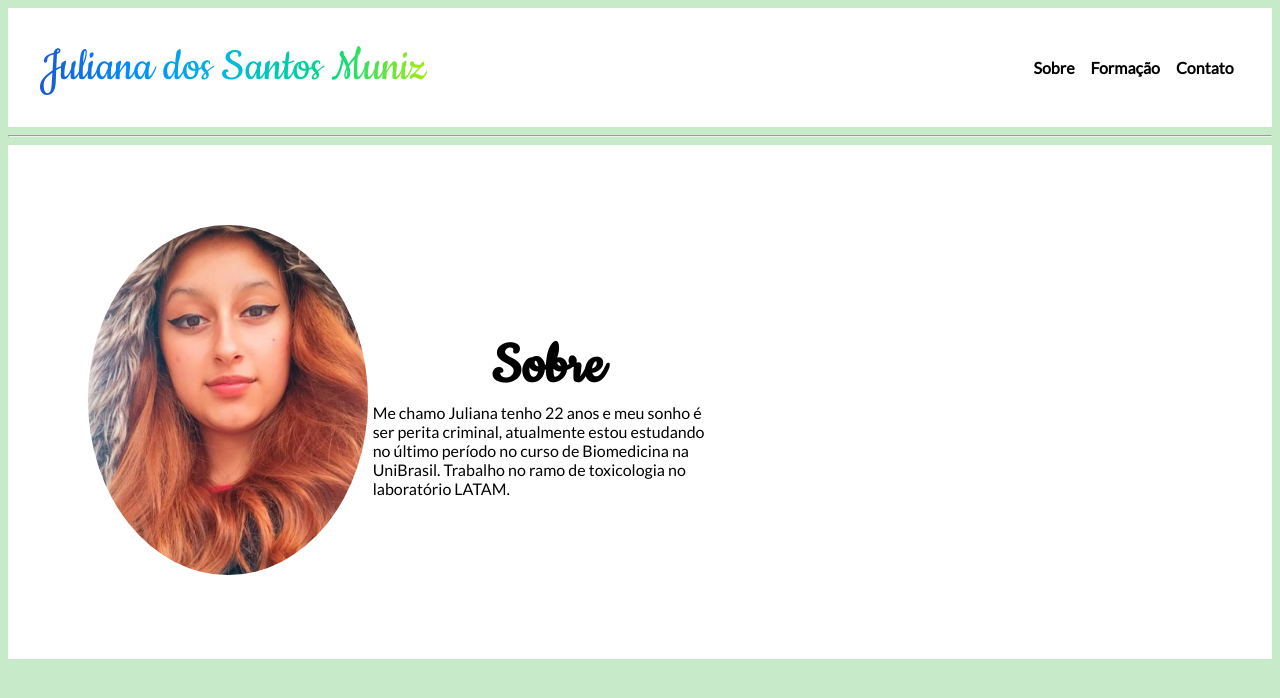
Repository: joaovnogueira/Portfolio-Juliana
Page: index.html
These files come from the project's save history. The page is drawn as it stood at one moment and after the next save; the edit follows.
The browser window is 1280 px wide. The pictures show the whole page.

Above is the page before, as saved 2022-06-14 16:16:26.

### index.html
<!DOCTYPE html>
<html lang="en">
<head>
    <link rel="stylesheet" href="styles.css">
    <meta charset="UTF-8">
    <meta http-equiv="X-UA-Compatible" content="IE=edge">
    <meta name="viewport" content="width=device-width, initial-scale=1.0">
    <title>Portfólio Juliana</title>
</head>
<body>
    <header>
        <nav>
            <div class="logo">Juliana dos Santos Muniz</div>
            <div class="menu">
                <a href="">Sobre</a>
                <a href="">Formação</a>
                <a href="">Contato</a>
            </div>
        </nav>
    </header>
    <hr>
    <main>
        <div class="perfil">
            <div class="foto">
                <img src="./assets/foto-perfil.png" alt="Foto de perfil" class="fotoperfil">
            </div>
            <div class="conteudo">
                <h1>Sobre</h1>
                <p>Me chamo Juliana tenho 22 anos e meu sonho é ser perita criminal,
                atualmente estou estudando no último período no curso de Biomedicina na UniBrasil.
                Trabalho no ramo de toxicologia no laboratório LATAM.</p>
            </div>
        </div>
    </main>
    <footer></footer>
</body>
</html>

### styles.css
@import url('https://fonts.googleapis.com/css2?family=Cookie&display=swap');
@import url('https://fonts.googleapis.com/css2?family=Lato&display=swap');

body{
    background-color: #C7EBC8;
}

header {
    background-color: #FFFFFF;
    padding: 2rem;
    align-items: center;
}

nav{
    display: flex;
    justify-content: space-between;
    align-items: center;
}

.logo{
    font-family: 'Cookie', cursive;
    font-size: 50px;
    background-clip: text;
    -webkit-background-clip: text;
    background-image: linear-gradient(to right, #1859d3, #0091fc, #00bbd9, #00da84, #a8eb12);
    color: transparent;
}

.menu{
    font-family: 'Lato', sans-serif;
    font-weight: bold;
}

a{
    text-decoration: none;
    color: black;
    margin: .4rem;
}

hr{
    background-color: #FFFFFF;
}



.perfil {
    background-color: #FFFFFF;
    display: flex;
    padding: 5rem;
    align-items: center;
}

.foto{
    align-items: center;
    margin-right: 5px;
}

.conteudo{
    align-items: center;
    max-width: 350px;
    max-height: 100vh;
    text-align: center;
    vertical-align:middle;
    margin-right: 5px;


}

h1{
    font-family: 'Cookie', cursive;
    font-weight: bold;
    font-size: 64px;
    vertical-align:middle;
    margin-bottom: 1px;
}

p{
    margin-top: 1px;
    font-family: 'Lato', sans-serif;
    text-align: left;
}

.fotoperfil{
    border-radius: 50%;
    max-width:750px;
    max-height:350px;
    width: auto;
    height: auto;
}

.icon{
    max-width: 40px;
    max-height:40px;
}

After the next save:
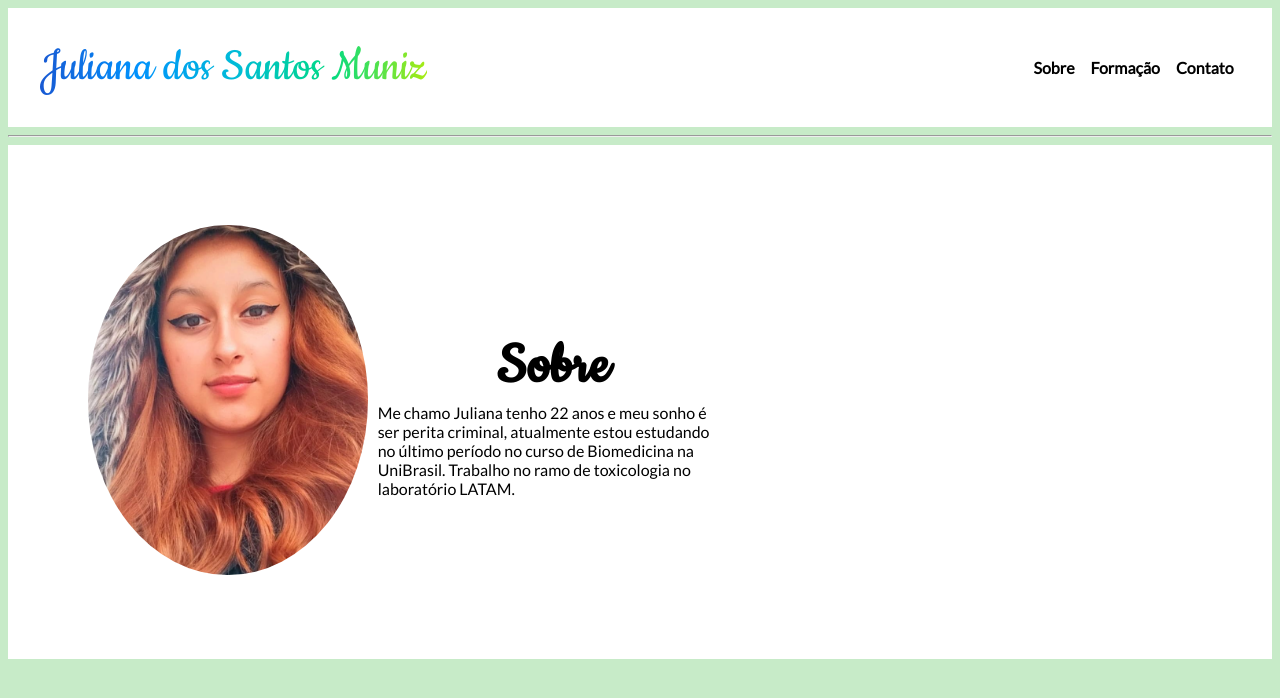
Saved 4 s later.
--- a/styles.css
+++ b/styles.css
@@ -61,7 +61,7 @@ hr{
     max-height: 100vh;
     text-align: center;
     vertical-align:middle;
-    margin-right: 5px;
+    margin-left: 5px;
 
 
 }
